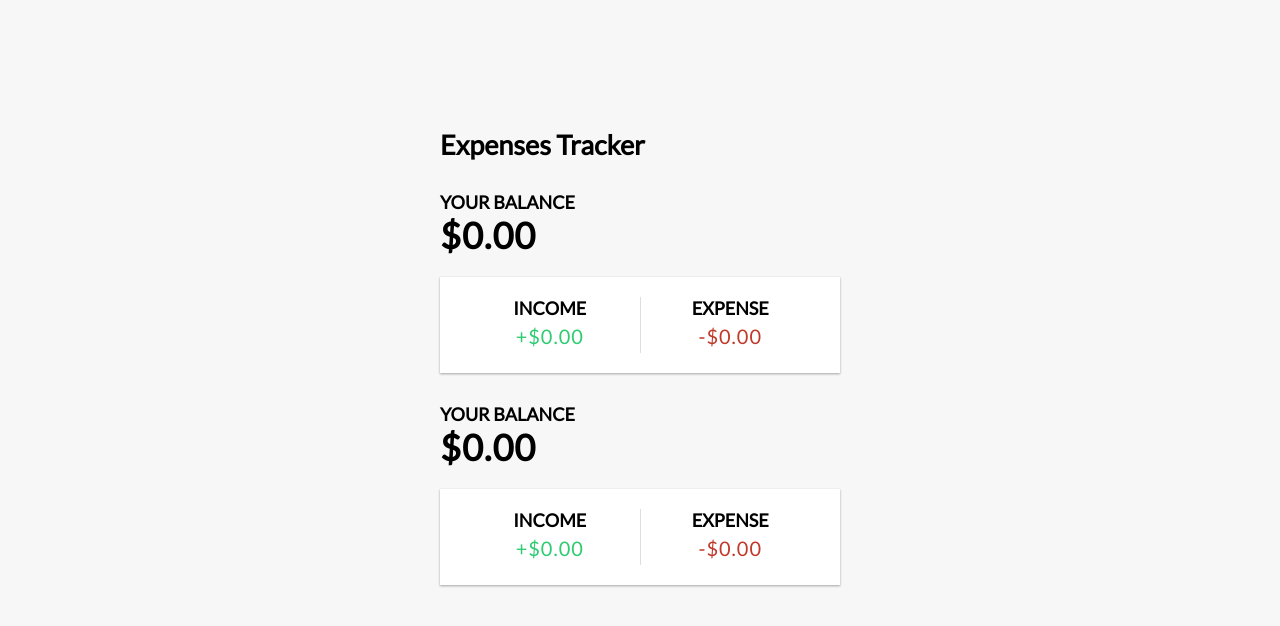
Repository: AyushMahatara/VUE-expense-tracker-app
Page: /
An editor plug-in stored every save of this project. The page is shown before and after a run of saves, followed by the edit.
The browser window is 1280 px wide. The pictures show the whole page.
The project was rebuilt for these pictures with package versions that can differ from the ones it lists, and the page was loaded fresh each time. Also part of the build but not shown: vite.config.js. Imported but missing from the stored project, and not drawn on this page: src/components/IncomeExpenses.vue.

Above is the page before, as saved 2023-12-29 14:17:45.

After the next 2 saves:
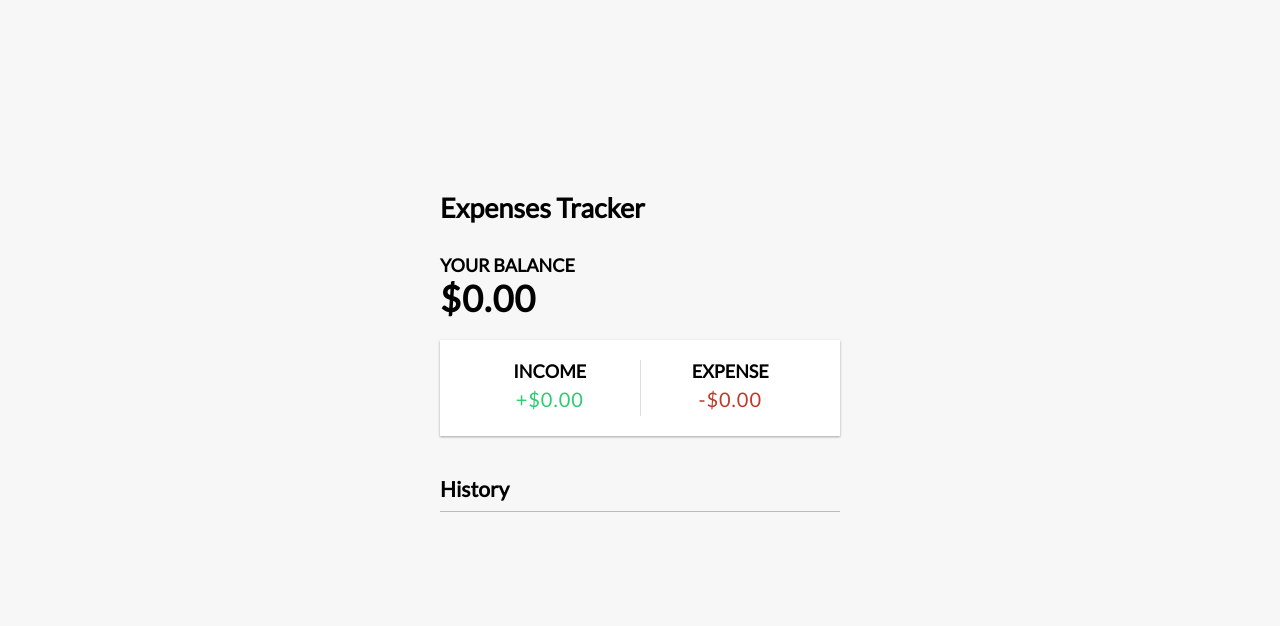
The 2 saves are shown as one change because they came seconds apart.
The last was saved 15 s later.
--- a/src/App.vue
+++ b/src/App.vue
@@ -1,11 +1,11 @@
 <template>
   <Header />
   <Balance />
-  <Balance />
+  <IncomeExpenses />
 </template>
 
 <script setup>
 import Header from "./components/Header.vue";
 import Balance from "./components/Balance.vue";
-import IncomeExpenses from "./components/IncomeExpenses.vue";
+import IncomeExpenses from "./components/IncomeExpense.vue";
 </script>
